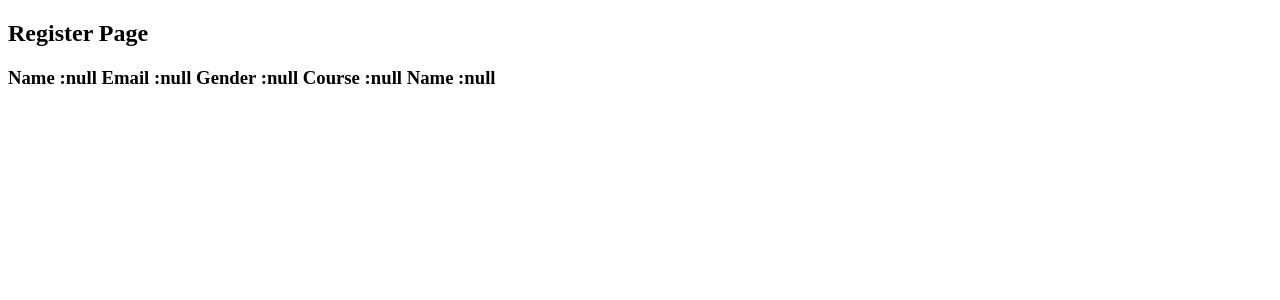
Repository: Kamleshmaury/CoreJava
Page: http://localhost/RegistrationForm/file.jsp
The author's editor kept a copy of each file at every save. The page is drawn from the files as they stood at one save, then again after the next save.
The browser window is 1280 px wide. The pictures show the whole page.
The page is served by Tomcat 10. Other server files are loaded and not shown.

Above is the page before, as saved 2022-10-18 12:14:24.

### RegistrationForm/src/main/webapp/file.jsp
<%@ page language="java" contentType="text/html; charset=UTF-8"
    pageEncoding="UTF-8"%>
<!DOCTYPE html PUBLIC "-//W3C//DTD HTML 4.01 Transitional//EN" "http://www.w3.org/TR/html4/loose.dtd">
<html>
<head>
<meta http-equiv="Content-Type" content="text/html; charset=UTF-8">
<title>Insert title here</title>
</head>
<body>

        <h2> Register Page </h2>
         <h3><%
          	out.println("Name :"+request.getParameter("name"));
         	out.println("Email :"+request.getParameter("email"));
         	out.println("Gender :"+request.getParameter("gender"));
         	out.println("Course :"+request.getParameter("course"));
         	out.println("Name :"+request.getParameter("name"));
          %></h3>

</body>
</html>

After the next save:
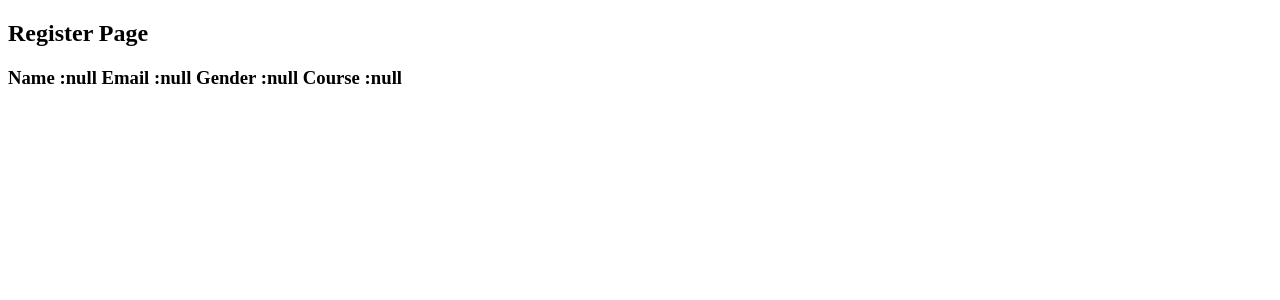
Saved 6 s later.
--- a/RegistrationForm/src/main/webapp/file.jsp
+++ b/RegistrationForm/src/main/webapp/file.jsp
@@ -14,7 +14,6 @@
          	out.println("Email :"+request.getParameter("email"));
          	out.println("Gender :"+request.getParameter("gender"));
          	out.println("Course :"+request.getParameter("course"));
-         	out.println("Name :"+request.getParameter("name"));
           %></h3>
 
 </body>
